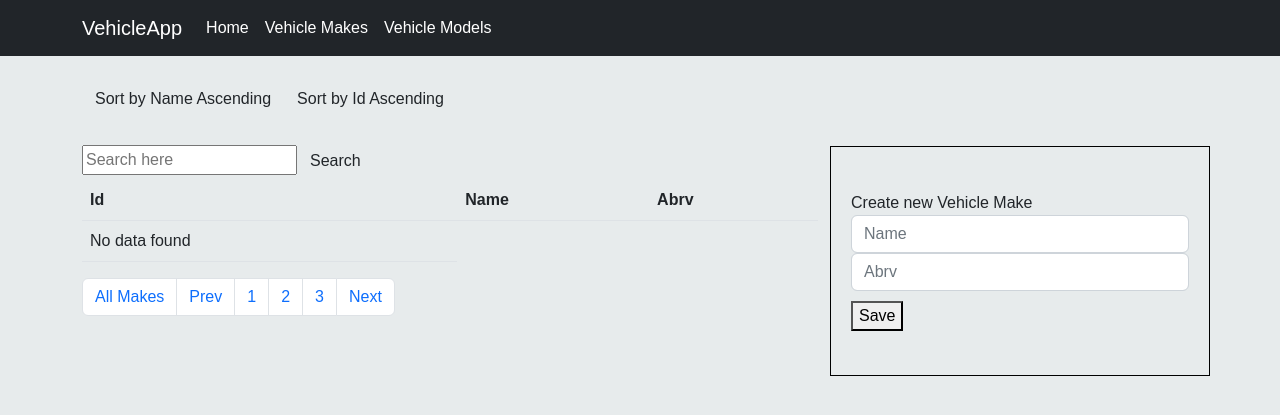
Repository: magdalenarajic/VehicleFrontend
Page: /Makes
An editor plug-in stored every save of this project. The page is shown before and after the next save, followed by the edit.
The browser window is 1280 px wide. The pictures show the whole page.
The page's requests for data from a server got no answer. The project was rebuilt for these pictures with package versions that can differ from the ones it lists, and the page was loaded fresh each time. No one was signed in, and anything a server would have sent is missing. Also part of the build but not shown: src/components/Home.js, src/services/modelService.js, src/stores/modelStore.js, src/components/VehicleModel.js.

Above is the page before, as saved 2023-03-11 11:14:07.

### public/index.html
<!DOCTYPE html>
<html lang="en">
  <head>
    <meta charset="utf-8" />
    <link rel="icon" href="%PUBLIC_URL%/favicon.ico" />
    <meta name="viewport" content="width=device-width, initial-scale=1" />
    <meta name="theme-color" content="#000000" />
    <meta
      name="description"
      content="Web site created using create-react-app"
    />
    <link rel="apple-touch-icon" href="%PUBLIC_URL%/logo192.png" />
    <!--
      manifest.json provides metadata used when your web app is installed on a
      user's mobile device or desktop. See https://developers.google.com/web/fundamentals/web-app-manifest/
    -->
    <link rel="manifest" href="%PUBLIC_URL%/manifest.json" />
    <!--
      Notice the use of %PUBLIC_URL% in the tags above.
      It will be replaced with the URL of the `public` folder during the build.
      Only files inside the `public` folder can be referenced from the HTML.

      Unlike "/favicon.ico" or "favicon.ico", "%PUBLIC_URL%/favicon.ico" will
      work correctly both with client-side routing and a non-root public URL.
      Learn how to configure a non-root public URL by running `npm run build`.
    -->
    <link
  rel="stylesheet"
  href="https://cdn.jsdelivr.net/npm/bootstrap@5.2.3/dist/css/bootstrap.min.css"
  integrity="sha384-rbsA2VBKQhggwzxH7pPCaAqO46MgnOM80zW1RWuH61DGLwZJEdK2Kadq2F9CUG65"
  crossorigin="anonymous"
/>
    <title>React App</title>
  </head>
  <body>
    <noscript>You need to enable JavaScript to run this app.</noscript>
    <div id="root"></div>
    <!--
      This HTML file is a template.
      If you open it directly in the browser, you will see an empty page.

      You can add webfonts, meta tags, or analytics to this file.
      The build step will place the bundled scripts into the <body> tag.

      To begin the development, run `npm start` or `yarn start`.
      To create a production bundle, use `npm run build` or `yarn build`.
    -->
  </body>
</html>

### src/index.css
body {
  background-color: rgb(231, 235, 236);
  font-family: -apple-system, BlinkMacSystemFont, 'Segoe UI', 'Roboto', 'Oxygen',
    'Ubuntu', 'Cantarell', 'Fira Sans', 'Droid Sans', 'Helvetica Neue',
    sans-serif;
}

code {
  font-family: source-code-pro, Menlo, Monaco, Consolas, 'Courier New',
    monospace;
}

### src/App.js
import "./App.css";
import { Home } from "./components/Home";
import VehicleMake from "./components/VehicleMake";
import { Navigation } from "./components/Navigation";
import VehicleModel from "./components/VehicleModel";

import { BrowserRouter, Route, Routes } from "react-router-dom";

function App() {
  return (
    <BrowserRouter>
      <div>
        <header></header>
        <div>
          <Navigation />
          <Routes>
            <Route path="/" element={<Home />} />
            <Route path="/Makes" element={<VehicleMake />} />
            <Route path="/Models" element={<VehicleModel />} />
          </Routes>
        </div>
      </div>
    </BrowserRouter>
  );
}

export default App;

### src/App.css
.App {
  text-align: center;
}
body {
  font-family: Arial;
}

### src/components/VehicleMake.js
import React, { useEffect, useState } from "react";
import { Observer } from "mobx-react";
import makeStore from "../stores/makeStore";
import {
  Container,
  Table,
  Col,
  Row,
  CloseButton,
  Pagination,
} from "react-bootstrap";

const MakeList = () => {
  const [showForm, setShowForm] = useState(false);
  const handleShow = () => setShowForm(true);

  const [error, setErrorForm] = useState(false);
  const handleError = () => setErrorForm(true);

  const [name, setName] = useState("");
  const [abrv, setAbrv] = useState("");

  const [editName, setEditName] = useState("");
  const [editAbrv, setEditAbrv] = useState("");
  const [editId, setEditId] = useState("");

  const [searchInput, setSearchInput] = useState("");

  useEffect(() => {
    makeStore.pageData(1, 3);
  }, []);

  const getSingleData = (id) => {
    handleShow();
    makeStore.getSingleData(id).then((result) => {
      setEditName(result.data.Name);
      setEditAbrv(result.data.Abrv);
      setEditId(result.data.Id);
    });
  };

  const updateData = () => {
    const data = {
      name: editName,
      abrv: editAbrv,
    };
    const id = {
      Id: editId,
    };
    console.log(data, id);
    makeStore.updateData(editName, editAbrv, editId);
    setEditName("");
    setEditAbrv("");
    setEditId("");
  };

  const deleteData = (id) => {
    makeStore.deleteData(id);
  };

  const saveData = () => {
    if (abrv === "" && name === "") {
      handleError();
    } else {
      makeStore.createData(abrv, name);
      setName("");
      setAbrv("");
      window.location.reload(true);
    }
  };

  const handleSort = () => {
    makeStore.sortData();
  };

  const handleGetData = () => {
    makeStore.getData();
  };

  const handleFilterData = () => {
    console.log(searchInput);
    makeStore.filterDataByName(searchInput);
    setSearchInput("");
  };

  const [pageNumber, setPageNumber] = useState(1);

  const handlePagedData = (pageNumber, pageSize) => {
    if (pageNumber > 0) {
      setPageNumber(pageNumber);
      makeStore.pageData(pageNumber, pageSize);
    }
  };

  return (
    <Observer>
      {() => (
        <>
          <Container>
            <Row>
              <Col sm={8}>
                <Col>
                  {" "}
                  <br />
                  <button
                    variant="outline-dark"
                    className="btn "
                    onClick={() => handleSort()}
                  >
                    Sort by Name Ascending
                  </button>
                  <button
                    variant="outline-dark"
                    className="btn"
                    onClick={() => handleGetData()}
                  >
                    Sort by Id Ascending
                  </button>
                </Col>
                <Col>
                  <br />
                  <input
                    type={"text"}
                    placeholder="Search here"
                    value={searchInput}
                    onChange={(e) => setSearchInput(e.target.value)}
                  />
                  <button className="btn" onClick={handleFilterData}>
                    Search
                  </button>
                </Col>
                <Table>
                  <thead>
                    <tr>
                      <th> Id </th>
                      <th> Name</th>
                      <th> Abrv</th>
                    </tr>
                  </thead>
                  <tbody>
                    {makeStore.vehicleData &&
                    makeStore.vehicleData.length > 0 ? (
                      makeStore.vehicleData.map((make, index) => {
                        return (
                          <tr key={index}>
                            <td>{make.Id}</td>
                            <td>{make.Name}</td>
                            <td>{make.Abrv}</td>
                            <td>
                              <button
                                className="btn btn-dark"
                                onClick={() => deleteData(make.Id)}
                                style={{
                                  marginRight: "10px",
                                }}
                              >
                                Delete
                              </button>
                              <button
                                className="btn btn-dark"
                                onClick={() => getSingleData(make.Id)}
                              >
                                Edit
                              </button>
                            </td>
                          </tr>
                        );
                      })
                    ) : (
                      <tr>
                        <td>No data found</td>
                      </tr>
                    )}
                  </tbody>
                </Table>
                <Col>
                  <Pagination>
                    <Pagination.Item onClick={() => handleGetData()}>
                      All Makes
                    </Pagination.Item>
                    <Pagination.Item
                      value={pageNumber}
                      onClick={() => handlePagedData(pageNumber-1, 3)}
                    >
                      Prev
                    </Pagination.Item>
                    <Pagination.Item
                      value={pageNumber}
                      onClick={() => handlePagedData(1, 3)}
                    >
                      {1}
                    </Pagination.Item>
                    <Pagination.Item
                      value={pageNumber}
                      onClick={() => handlePagedData(2, 3)}
                    >
                      {2}
                    </Pagination.Item>
                    <Pagination.Item
                      value={pageNumber}
                      onClick={() => handlePagedData(3, 3)}
                    >
                      {3}
                    </Pagination.Item>
                    <Pagination.Item
                      value={pageNumber}
                      onClick={() => handlePagedData(pageNumber+1, 3)}
                    >
                      Next
                    </Pagination.Item>
                  </Pagination>
                </Col>
              </Col>
              <Col
                sm={4}
                style={{
                  height: "95%",
                  border: "1px solid black",
                  alignSelf: "center",
                  padding: "20px",
                  marginTop: "90px",
                }}
              >
                <br />
                <label> Create new Vehicle Make</label>
                <br />
                <input
                  type={"text"}
                  className="form-control"
                  placeholder="Name"
                  value={name}
                  onChange={(e) => setName(e.target.value)}
                  required
                ></input>
                <input
                  type={"text"}
                  className="form-control"
                  placeholder="Abrv"
                  value={abrv}
                  onChange={(e) => setAbrv(e.target.value)}
                  required
                ></input>
                <Col>
                  <button
                    className="create-button"
                    onClick={() => saveData()}
                    style={{
                      marginTop: "10px",
                    }}
                  >
                    Save
                  </button>
                </Col>
                {error && (
                  <Col>
                    <label> Please enter name and abrv!</label>
                  </Col>
                )}
                <br></br>
              </Col>
            </Row>
            {showForm && (
              <Col
                style={{
                  height: "95%",
                  border: "1px solid black",
                  alignSelf: "center",
                  padding: "20px",
                }}
              >
                <Col>
                  <CloseButton
                    style={{ float: "right" }}
                    variant="dark"
                    onClick={() => setShowForm(false)}
                  />
                  <br />
                </Col>
                <label> Update Vehicle Make</label>
                <br />
                <input
                  type={"text"}
                  className="form-control"
                  placeholder="Name"
                  value={editName}
                  onChange={(e) => setEditName(e.target.value)}
                ></input>
                <input
                  type={"text"}
                  className="form-control"
                  placeholder="Abrv"
                  value={editAbrv}
                  onChange={(e) => setEditAbrv(e.target.value)}
                ></input>
                <Col>
                  <button
                    className="create-button"
                    style={{
                      marginTop: "10px",
                    }}
                    onClick={() => updateData()}
                  >
                    Save Changes
                  </button>
                </Col>
                <br></br>
              </Col>
            )}
          </Container>
        </>
      )}
    </Observer>
  );
};

export default MakeList;

### src/components/Navigation.js
import React, { Component } from "react";
import { Navbar, Nav, Container } from "react-bootstrap";

export class Navigation extends Component {
  render() {
    return (
      <Navbar bg="dark" variant="dark">
        <Container>
          <Navbar.Brand href="#home">VehicleApp </Navbar.Brand>
          <Nav variant="pills" className="me-auto">
            <Nav.Link className="d-inline p-2 text-white " href="/">
              Home
            </Nav.Link>
            <Nav.Link className="d-inline p-2 text-white" href="/makes">
              Vehicle Makes
            </Nav.Link>
            <Nav.Link className="d-inline p-2 text-white" href="/models">
              Vehicle Models
            </Nav.Link>
          </Nav>
        </Container>
      </Navbar>
    );
  }
}

### src/stores/makeStore.js
import { observable, action, makeObservable } from "mobx";
import makeService from "../services/makeService";

class MakeStore {
  constructor() {
    makeObservable(this, {
      status: observable,
      vehicleData: observable,
      singleData: observable,
      xPagination: observable,
      getData: action,
      createData: action,
      deleteData: action,
      updateData: action,
      getSingleData: action,
    });
  }

  status = "initial";
  vehicleData = [];
  singleData = [];
  xPagination = "";

  getData = () => {
    makeService
      .getVehicleMakes()
      .then((result) => {
        this.vehicleData = result.data;
      })
      .catch((error) => {
        console.log(error);
        this.status = "error";
      });
  };

  getSingleData = (id) => {
    return makeService.getVehicleMake(id);
  };

  createData = (abrv, name) => {
    const vehicleData = { Abrv: abrv, Name: name };

    makeService.postVehicleMake(vehicleData).then((response) => {
      if (response.body === true) {
        this.status = "success";
        this.getData();
      }
    });
  };

  deleteData = (id) => {
    makeService.deleteVehicleMake(id).then((response) => {
      this.getData();
    });
  };

  updateData = (name, abrv, id) => {
    const singleData = { Name: name, Abrv: abrv };
    makeService.putVehicleMake(id, singleData).then((response) => {
      this.getData();
    });
  };

  sortData = () => {
    makeService
      .getOrderedMakes()
      .then((result) => {
        this.vehicleData = result.data;
      })
      .catch((error) => {
        console.log(error);
        this.status = "error";
      });
  };

  filterDataByName = (searchInput) => {
    const name = searchInput;
    makeService
      .getFilteredMakes(name)
      .then((result) => {
        this.vehicleData = result.data;
        console.log(result);
      })
      .catch((error) => {
        console.log(error);
        this.status = "error";
      });
  };

  pageData = (pageNumber, pageSize) => {
    makeService
      .getPagedMakes(pageNumber, pageSize)
      .then((result) => {
        this.vehicleData = result.data;
        console.log(result);
      })
      .catch((error) => {
        console.log(error);
        this.status = "error";
      });
  };
}

const makeStore = new MakeStore();

// makeStore.getSingleData(60).then((result) => console.log(result.data));
export default makeStore;

### src/services/makeService.js
import axios from "axios";

const errorHandler = (error) => {
  console.log(error);
};

const baseUrl = "https://localhost:44304/api/VehicleMakes";

class MakeService {
  getVehicleMakes = () => {
    return axios.get(`${baseUrl}`).catch(errorHandler);
  };

  getVehicleMake = (id) => {
    return axios.get(`${baseUrl}/${id}`).catch(errorHandler);
  };

  item = {
    Name: " ",
    Abrv: " ",
  };
  postVehicleMake = (item) => {
    return axios.post(`${baseUrl}`, item).catch(errorHandler);
  };

  deleteVehicleMake = (id) => {
    return axios.delete(`${baseUrl}/${id}/`).catch(errorHandler);
  };

  putVehicleMake = (id, item) => {
    return axios.put(`${baseUrl}/${id}`, item).catch(errorHandler);
  };

  getOrderedMakes = () => {
    return axios
      .get("https://localhost:44304/api/OrderedVehicleMakes")
      .catch(errorHandler);
  };

  getFilteredMakes = (name) => {
    return axios
      .get(`https://localhost:44304/api/FilteredVehicleMakes?name=${name}`)
      .catch(errorHandler);
  };

  getPagedMakes = (pageNumber, pageSize) => {
    return axios
      .get(
        `https://localhost:44304/api/PagedVehicleMakes?queryParameters.pageNumber=${pageNumber}&queryParameters.pageSize=${pageSize}`
      )
      .catch(errorHandler);
  };
}
const makeService = new MakeService();
export default makeService;
// testing -- getVehicleMakes().then((result) => console.log(result));

Loaded but not shown: src/index.js (common file); src/reportWebVitals.js (common file)

After the next save:
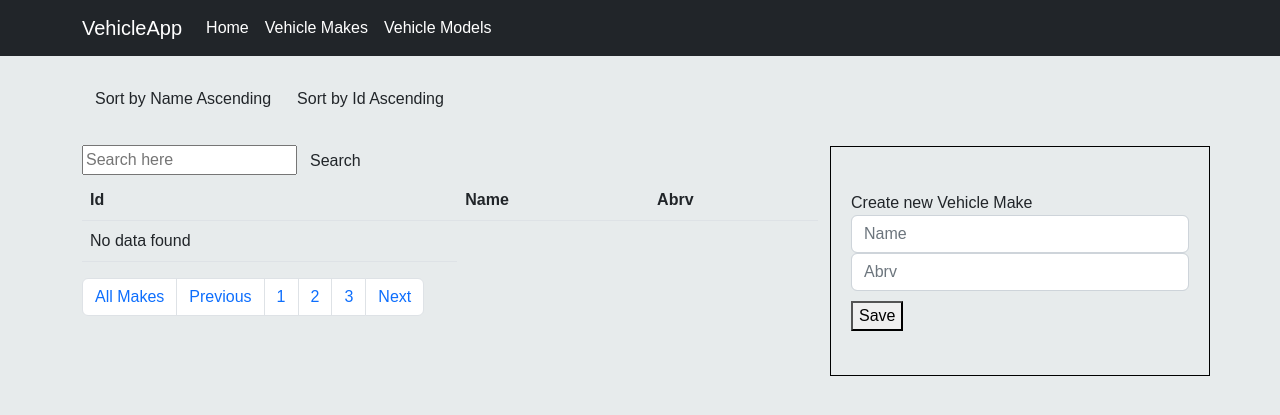
Saved 86 s later.
--- a/src/components/VehicleMake.js
+++ b/src/components/VehicleMake.js
@@ -182,7 +182,7 @@ const MakeList = () => {
                       value={pageNumber}
                       onClick={() => handlePagedData(pageNumber-1, 3)}
                     >
-                      Prev
+                      Previous
                     </Pagination.Item>
                     <Pagination.Item
                       value={pageNumber}
